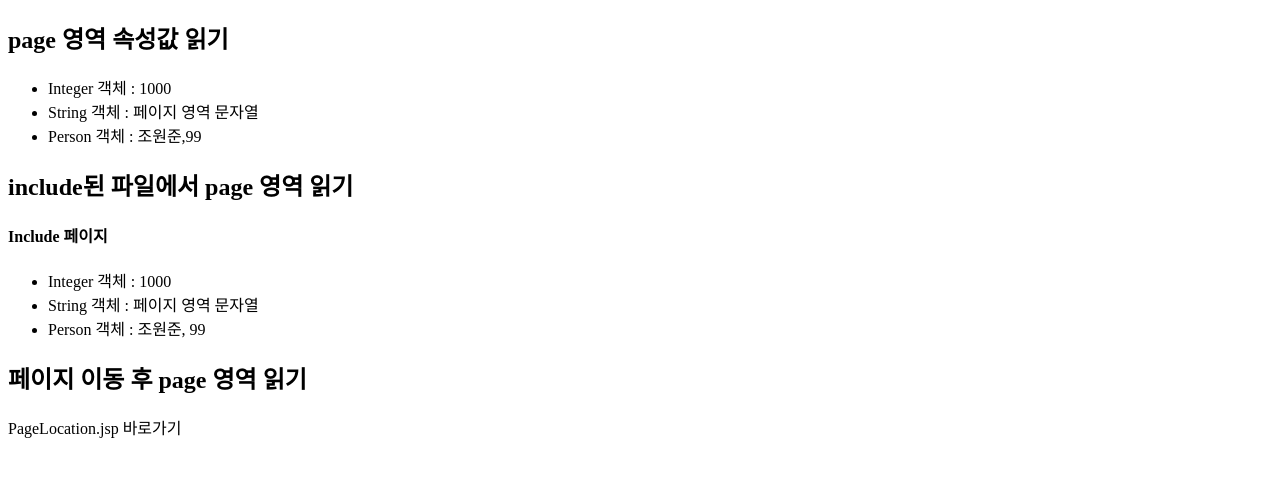
Repository: jwjb1020/Java_tomcat_jsp
Page: http://localhost/MustHaveJSP1/03Scope/PageContextMain.jsp
The author's editor kept a copy of each file at every save. The page is drawn from the files as they stood at one save, then again after the next save.
The browser window is 1280 px wide. The pictures show the whole page.
The page is served by Tomcat 9. Nobody is signed in. The application's start-up code is not run.

Above is the page before, as saved 2023-05-12 09:00:45.

After the next save:
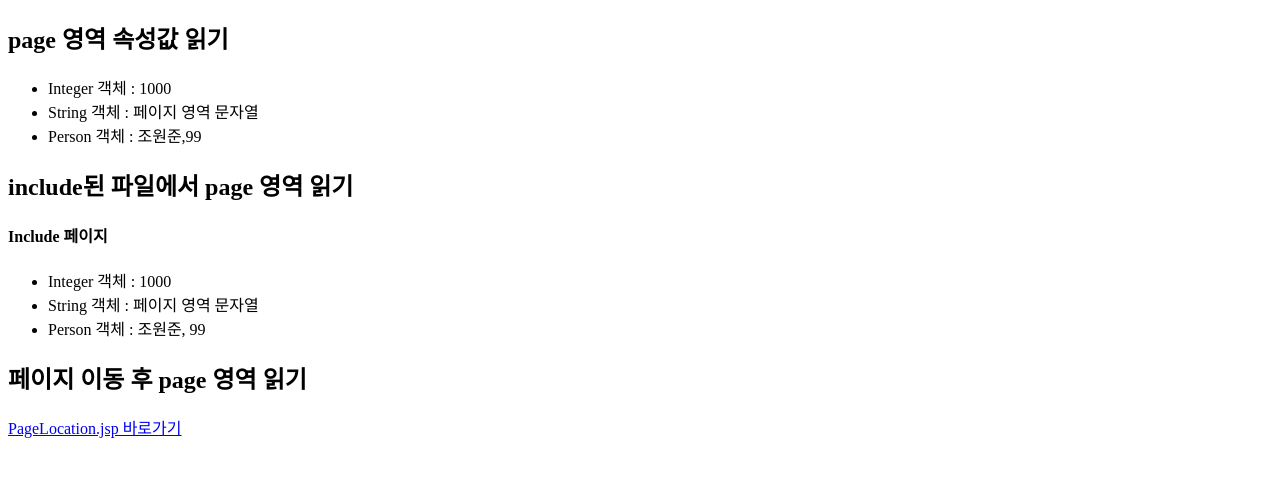
Saved 18 s later.
--- a/MustHaveJSP1/src/main/webapp/03Scope/PageContextMain.jsp
+++ b/MustHaveJSP1/src/main/webapp/03Scope/PageContextMain.jsp
@@ -31,6 +31,6 @@ pageContext.setAttribute("pagePerson", new Person("조원준", 99));
 <%@ include file = "PageIncude.jsp" %>
 
 <h2>페이지 이동 후 page 영역 읽기</h2>
-<a hef = "PageLocation,jsp"> PageLocation.jsp 바로가기</a>
+<a href = "PageLocation,jsp"> PageLocation.jsp 바로가기</a>
 </body>
 </html>
